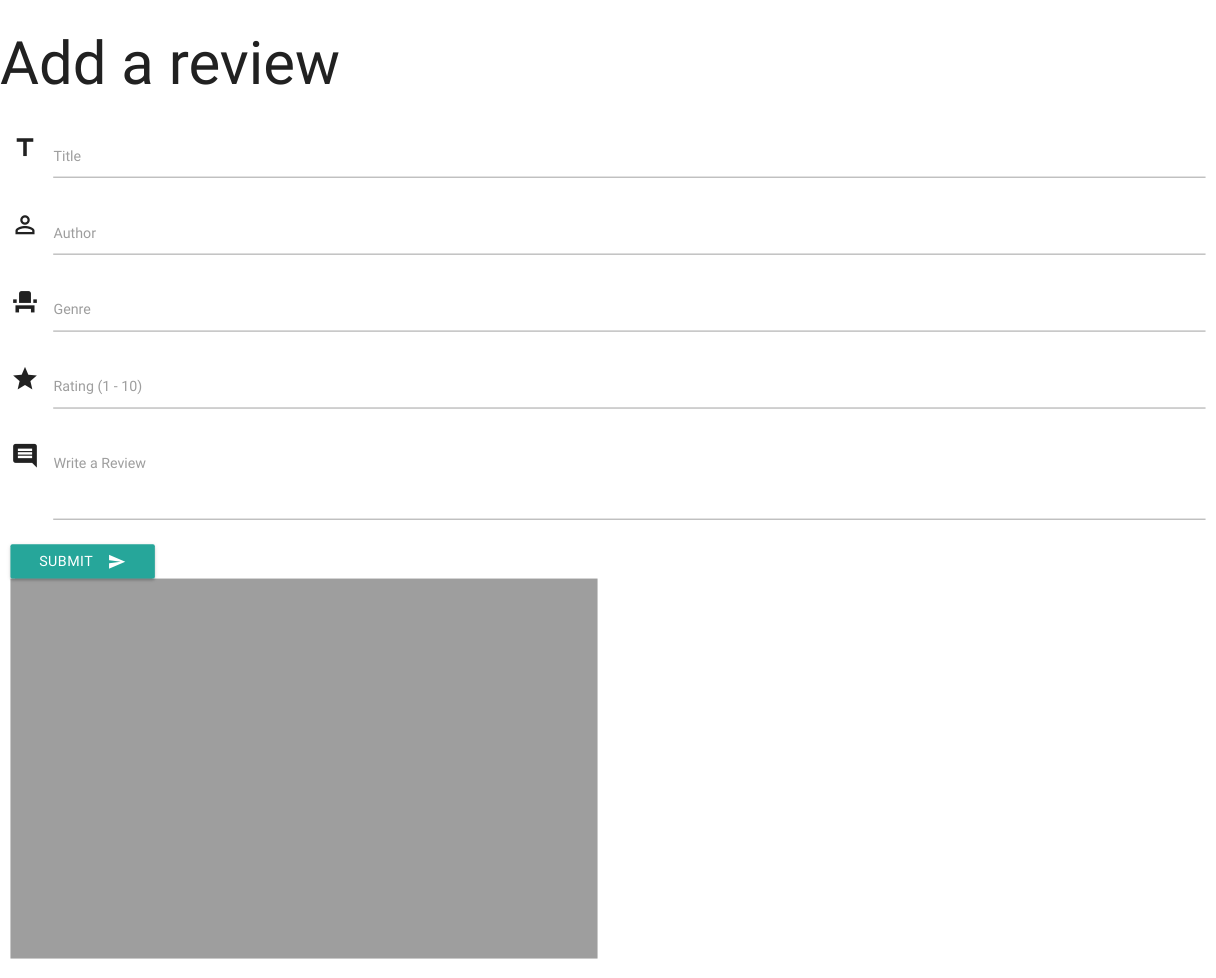
Repository: johnny-don/a-novel-idea
Page: http://localhost/add_review
The author's editor kept a record of every edit. The page is drawn from the files as they stood at one moment, then again after the next edit.
The browser window is 1280 px wide. The pictures show the whole page, at 95% of full size.
Some web libraries are served in a nearby version. The page is served by the project's application, run on Flask 3 (app.py).

Above is the page before.

### templates/addreview.html
{% extends 'base.html' %} {% block content %}

<h1>Add a review</h1>

<div class="row">
    <form action="{{url_for('submit_review') }}" method="POST" class="col s12">

        <div class="input-field">
          <i class="material-icons prefix">title</i>
          <input id="title" name="title" type="text" class="materialize-textarea">
          <label for="icon_prefix2">Title</label>
        </div>


        <div class="input-field">
          <i class="material-icons prefix">perm_identity</i>
          <input id="author" name="author" type="text" class="materialize-textarea">
          <label for="icon_prefix2">Author</label>
        </div>


        <div class="input-field">
          <i class="material-icons prefix">event_seat</i>
          <input id="genre" name="genre" type="text" class="materialize-textarea">
          <label for="icon_prefix2">Genre</label>
        </div>


        <div class="input-field">
          <i class="material-icons prefix">grade</i>
          <input id="rating" name="rating" type="number" class="materialize-textarea">
          <label for="icon_prefix2">Rating (1 - 10)</label>
        </div>


        <div class="input-field">
          <i class="material-icons prefix">comment</i>
          <textarea id="review" name="review" type="text" class="materialize-textarea"></textarea>
          <label for="icon_prefix2">Write a Review</label>
        </div>

      <button class="btn waves-effect waves-light" type="submit" name="action">Submit
    <i class="material-icons right">send</i>
  </button>

    </form>

      <div class="slider col s6">
    <ul class="slides">
      <li>
        <img src="https://lorempixel.com/580/250/nature/1"> <!-- random image -->
        <div class="caption center-align">
          <h3>This is our big Tagline!</h3>
          <h5 class="light grey-text text-lighten-3">Here's our small slogan.</h5>
        </div>
      </li>
      <li>
        <img src="https://lorempixel.com/580/250/nature/2"> <!-- random image -->
        <div class="caption left-align">
          <h3>Left Aligned Caption</h3>
          <h5 class="light grey-text text-lighten-3">Here's our small slogan.</h5>
        </div>
      </li>
      <li>
        <img src="https://lorempixel.com/580/250/nature/3"> <!-- random image -->
        <div class="caption right-align">
          <h3>Right Aligned Caption</h3>
          <h5 class="light grey-text text-lighten-3">Here's our small slogan.</h5>
        </div>
      </li>
      <li>
        <img src="https://lorempixel.com/580/250/nature/4"> <!-- random image -->
        <div class="caption center-align">
          <h3>This is our big Tagline!</h3>
          <h5 class="light grey-text text-lighten-3">Here's our small slogan.</h5>
        </div>
      </li>
    </ul>
  </div>
  </div>



{% endblock %}

### templates/base.html
<!DOCTYPE html>
<html lang="en">

<head>
    <meta charset="UTF-8">
    <meta name="viewport" content="width=device-width, initial-scale=1.0">
    <meta http-equiv="X-UA-Compatible" content="ie=edge">
    <link rel="stylesheet" href="{{url_for('static', filename='css/style.css')}}" type="text/css"/>
    <link href="https://fonts.googleapis.com/icon?family=Material+Icons" rel="stylesheet">
    <link rel="stylesheet" href="https://cdnjs.cloudflare.com/ajax/libs/materialize/0.100.2/css/materialize.min.css">


    <title>A Novel Idea</title>
</head>

<body>
    {% block content %}
    {% endblock %}

    <script src="https://cdnjs.cloudflare.com/ajax/libs/jquery/3.2.1/jquery.min.js"></script>
    <script src="https://cdnjs.cloudflare.com/ajax/libs/materialize/0.100.2/js/materialize.min.js"></script>
    <script type="text/javascript">
        $(document).ready(function() {
            $('.collapsible').collapsible();
        });
    </script>
</body>

</html>

### app.py
import os
from flask import Flask, render_template, redirect, request, url_for, request
from flask_pymongo import PyMongo
from bson.objectid import ObjectId


app = Flask(__name__)
app.config["MONGO_DBNAME"] = 'novel_idea'
app.config["MONGO_URI"] = 'mongodb+srv://johnny_don:2gardensmon@cluster0-kzp63.mongodb.net/novel_idea?retryWrites=true&w=majority'


mongo = PyMongo(app)


@app.route('/')


@app.route('/get_reviews')
def get_reviews():
    return render_template("reviews.html", reviews=mongo.db.info.find())

@app.route('/add_review')
def add_review():
    return render_template('addreview.html')

@app.route('/submit_review', methods=['POST'])
def submit_review():
    info = mongo.db.info
    info.insert_one(request.form.to_dict())
    return redirect(url_for('get_reviews'))

@app.route('/edit_review/<review_id>')
def edit_review(review_id):
    the_review = mongo.db.info.find_one({"_id": ObjectId(review_id)})
    return redirect('editreview.html', review=the_review)


@app.route('/update_review/<review_id>', methods=["POST"])
def update_review(review_id):
    reviews=mongo.db.info
    reviews.update( {'_id': ObjectId(review_id)},
    {
        'title':request.form.get('title'),
        'author':request.form.get('author'),
        'genre':request.form.get('genre'),
        'rating':request.form.get('rating'),
        'review':request.form.get('review')
    })

    return redirect(url_for('get_reviews'))

@app.route('/delete_review/<review_id>')
def delete_review(review_id):
    mongo.db.info.remove({'_id': ObjectId(review_id)})
    return redirect(url_for('get_reviews'))



if __name__ == '__main__':
    app.run(host=os.environ.get('IP'),
            port=int(os.environ.get('PORT')),
            debug=True)

### static/css/style.css
/* buttons */

.btn-small {
    background-color: brown;
    height: 24px;
    width: 60px;
    line-height: 24px;
    margin: 5px;
}

After the next edit:
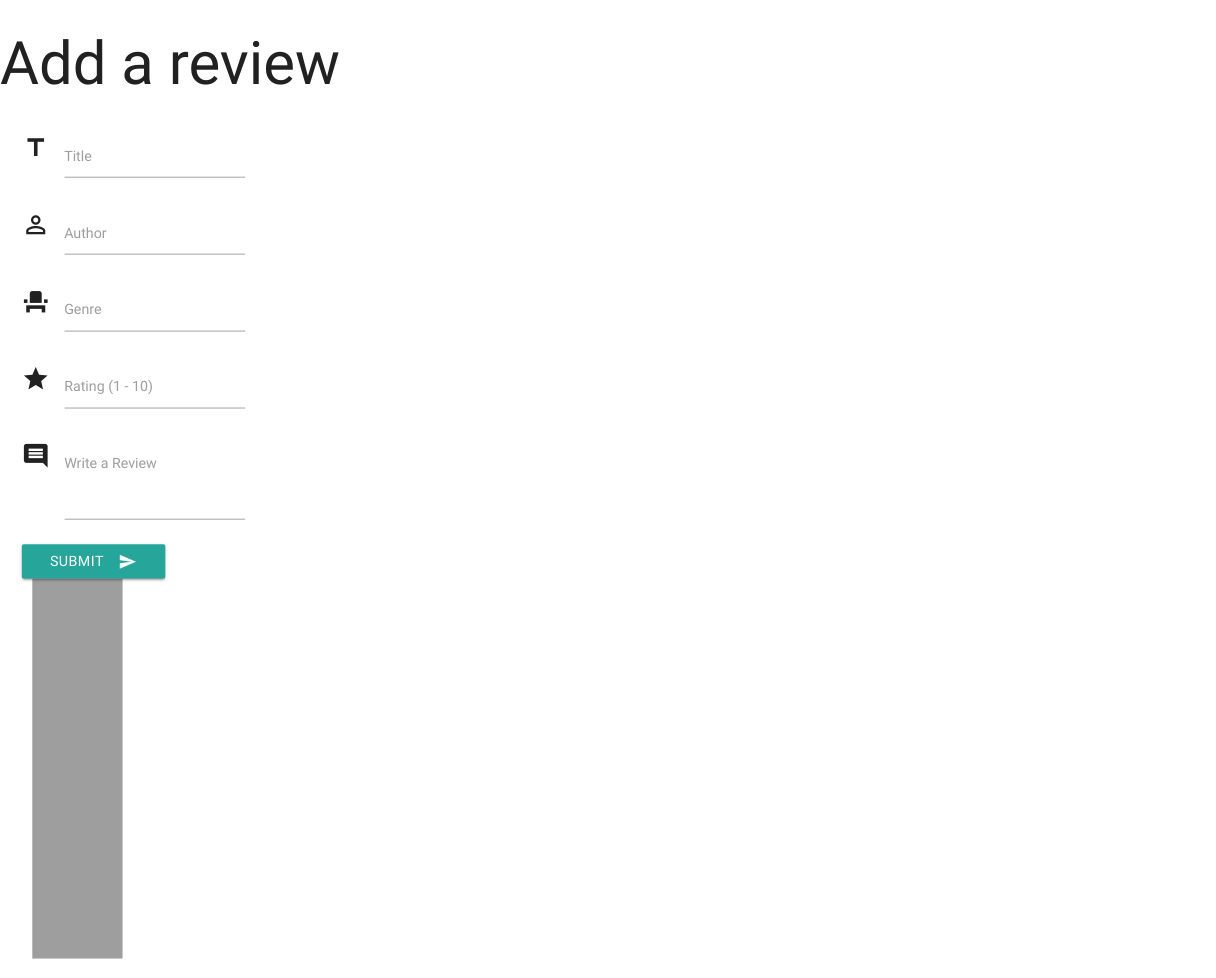
The edit:
--- a/templates/addreview.html
+++ b/templates/addreview.html
@@ -4,7 +4,7 @@
 
 <div class="row">
     <form action="{{url_for('submit_review') }}" method="POST" class="col s12">
-
+     <div class="col 4">
         <div class="input-field">
           <i class="material-icons prefix">title</i>
           <input id="title" name="title" type="text" class="materialize-textarea">
